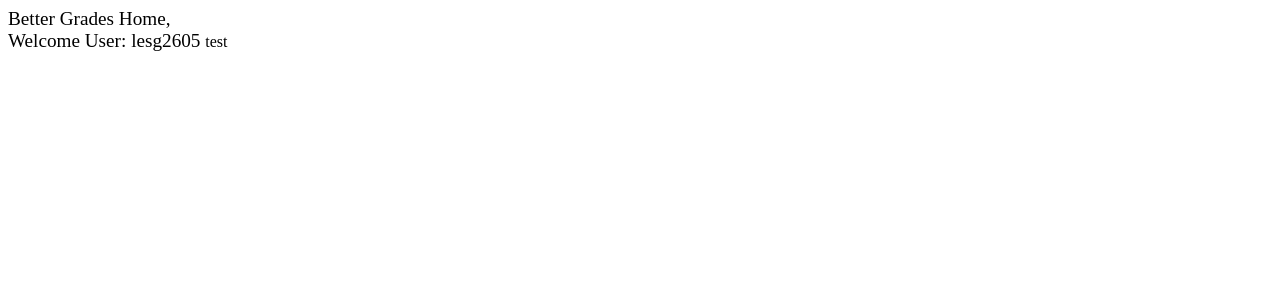
Repository: Kitty-kat-lol/Better-Grades-S3-e18
Page: http://localhost/Application/Home
These files come from the project's save history. The page is drawn as it stood at one moment and after the next save; the edit follows.
The browser window is 1280 px wide. The pictures show the whole page.
The page is served by Tomcat 9. Other server files are loaded and not shown.

Above is the page before, as saved 2018-06-15 17:22:19.

### TestProject/Application/WebContent/Home.jsp
<%@ page language="java" contentType="text/html; charset=ISO-8859-1"
    pageEncoding="ISO-8859-1"%>
<!DOCTYPE html PUBLIC "-//W3C//DTD HTML 4.01 Transitional//EN" "http://www.w3.org/TR/html4/loose.dtd">

<html>
<link rel="stylesheet" type="text/css" href="Style.css">
<head>
<meta http-equiv="Content-Type" content="text/html; charset=ISO-8859-1">
<title>Bienvenue</title>
</head>
<body>

<big>Better Grades Home,</big>
<!-- Skip line -->
<table></table>
<big> Welcome User: lesg2605 </big>
<%
out.print("test");
%>


</body>
</html>

### TestProject/Application/src/localpage/Home.java
package localpage;

import java.io.IOException;

import javax.servlet.RequestDispatcher;
import javax.servlet.ServletException;
import javax.servlet.annotation.WebServlet;
import javax.servlet.http.HttpServlet;
import javax.servlet.http.HttpServletRequest;
import javax.servlet.http.HttpServletResponse;

/**
 * Servlet implementation class Home
 */
@WebServlet(description = "Page d'accueuil de Better Grades", urlPatterns = { "/Home" })
public class Home extends HttpServlet {
	private static final long serialVersionUID = 1L;

    /**
     * @see HttpServlet#HttpServlet()
     */
    public Home() {
        super();
        // TODO Auto-generated constructor stub
    }

	/**
	 * @see HttpServlet#doGet(HttpServletRequest request, HttpServletResponse response)
	 */
	protected void doGet(HttpServletRequest request, HttpServletResponse response) throws ServletException, IOException {
		// TODO Auto-generated method stub
		//response.getWriter().append("Served at: ").append(request.getContextPath());

		response.setContentType("text/html") ;
		// construction d'un request dispatcher sur la page JSP, qui doit exister
		// dans la web application courante
	    RequestDispatcher requestDispatcher = request.getRequestDispatcher("Home.jsp") ;

	     // inclusion de cette ressource
	    requestDispatcher.include(request, response) ;
	}

	/**
	 * @see HttpServlet#doPost(HttpServletRequest request, HttpServletResponse response)
	 */
	protected void doPost(HttpServletRequest request, HttpServletResponse response) throws ServletException, IOException {
		// TODO Auto-generated method stub
		doGet(request, response);
	}

}

Loaded but not shown: TestProject/Application/WebContent/Style.css (common file)

After the next save:
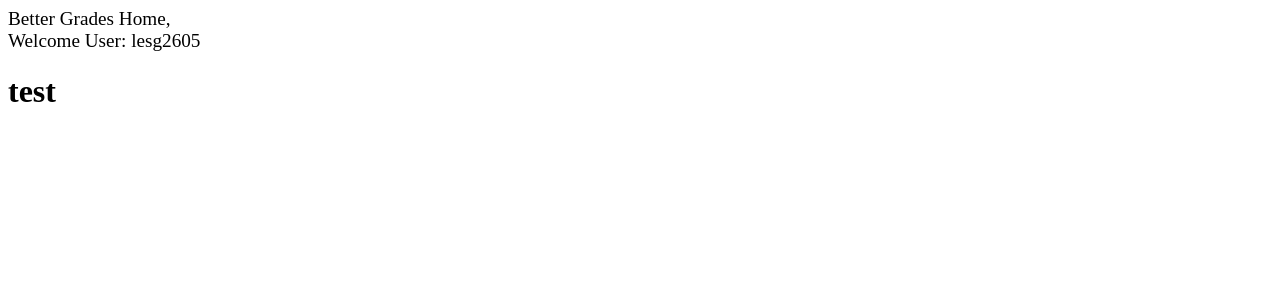
Saved 28 h 19 min later.
--- a/TestProject/Application/WebContent/Home.jsp
+++ b/TestProject/Application/WebContent/Home.jsp
@@ -14,9 +14,9 @@
 <!-- Skip line -->
 <table></table>
 <big> Welcome User: lesg2605 </big>
-<%
+<h1><%
 out.print("test");
-%>
+%></h1>
 
 
 </body>
